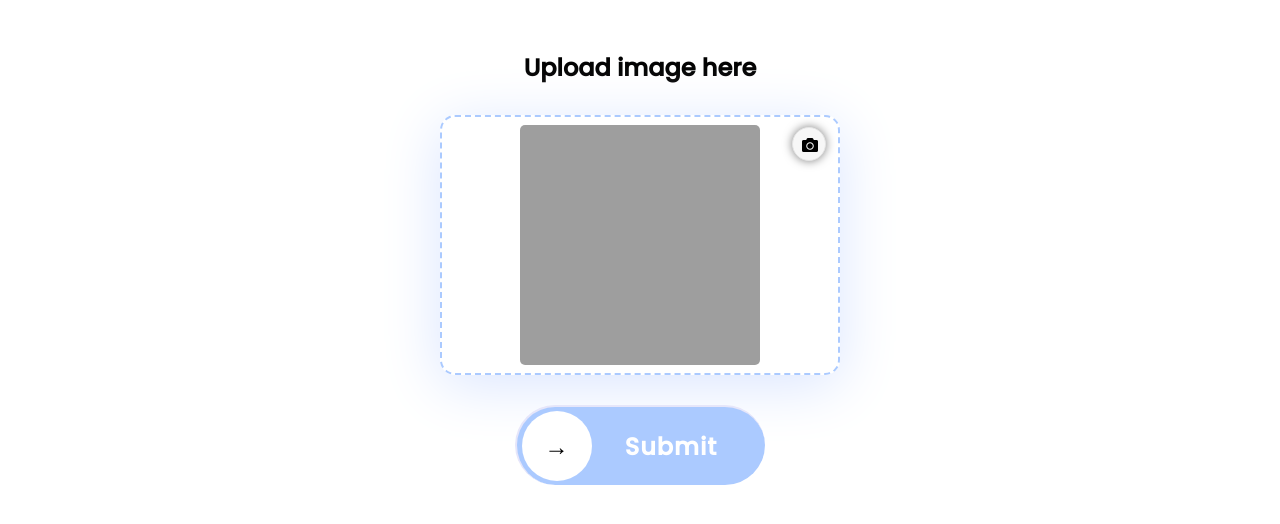
Repository: ThuongDuy/Phan_loai_anh
Page: hcsdlpt/index.html
The author's editor kept a copy of each file at every save. The page is drawn from the files as they stood at one save, then again after the next save.
The browser window is 1280 px wide. The pictures show the whole page.
Pictures or frames that could not be fetched are drawn as grey boxes.

Above is the page before, as saved 2023-06-02 00:40:56.

After the next save:
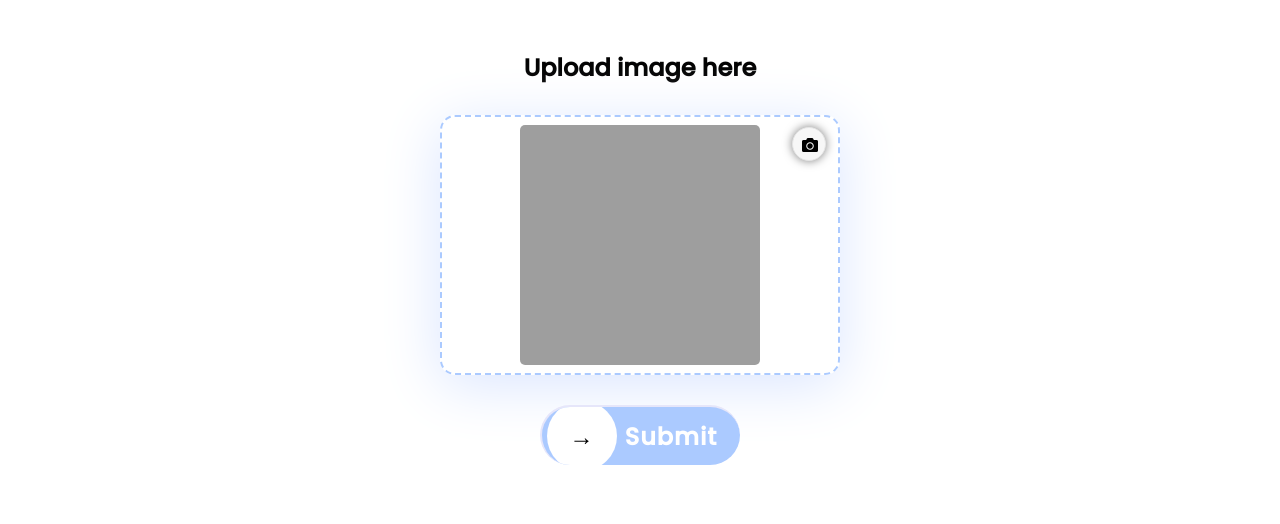
Saved 9 s later.
--- a/hcsdlpt/main.css
+++ b/hcsdlpt/main.css
@@ -81,8 +81,8 @@ button {
 
 .btn {
     position: relative;
-    width: 250px;
-    height: 80px;
+    width: 200px;
+    height: 60px;
     display: grid;
     place-items: center;
     background: rgb(171, 202, 255);
